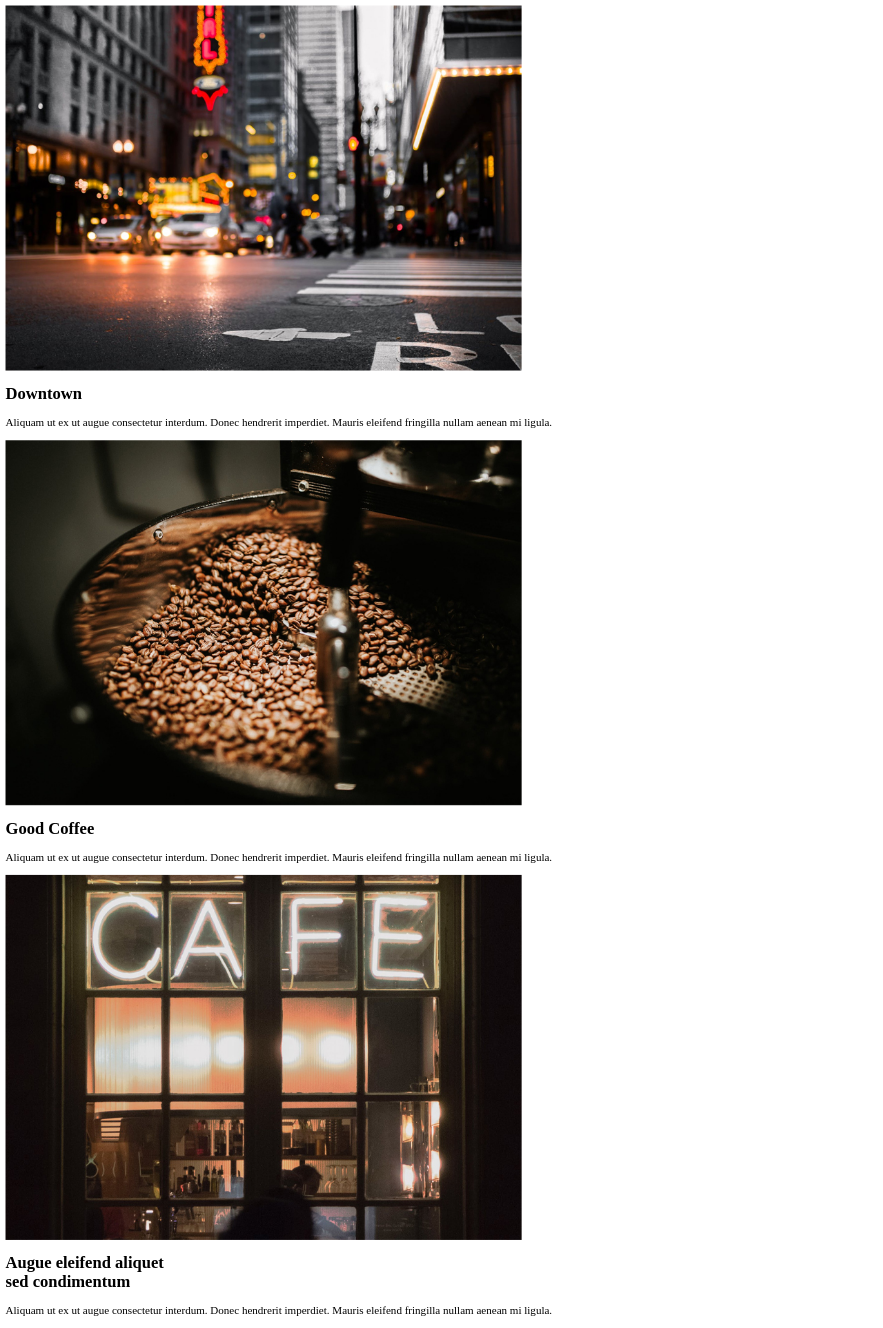
Repository: DOODpls/code_cafe
Page: _includes/gallery_description.html
The author's editor kept a copy of each file at every save. The page is drawn from the files as they stood at one save, then again after the next save.
The browser window is 1280 px wide. The pictures show the whole page, at 69% of full size.

Above is the page before, as saved 2019-12-06 00:07:29.

### _includes/gallery_description.html
<!-- Two -->
<section id="two" class="wrapper alt style2">
  <section class="spotlight">
    <div class="image"><img src="images/pic01.jpg" alt="" /></div><div class="content">
      <h2>Downtown</h2>
      <p>Aliquam ut ex ut augue consectetur interdum. Donec hendrerit imperdiet. Mauris eleifend fringilla nullam aenean mi ligula.</p>
    </div>
  </section>
  <section class="spotlight">
    <div class="image"><img src="images/pic02.jpg" alt="" /></div><div class="content">
      <h2>Good Coffee</h2>
      <p>Aliquam ut ex ut augue consectetur interdum. Donec hendrerit imperdiet. Mauris eleifend fringilla nullam aenean mi ligula.</p>
    </div>
  </section>
  <section class="spotlight">
    <div class="image"><img src="images/pic03.jpg" alt="" /></div><div class="content">
      <h2>Augue eleifend aliquet<br />
      sed condimentum</h2>
      <p>Aliquam ut ex ut augue consectetur interdum. Donec hendrerit imperdiet. Mauris eleifend fringilla nullam aenean mi ligula.</p>
    </div>
  </section>
</section>

After the next save:
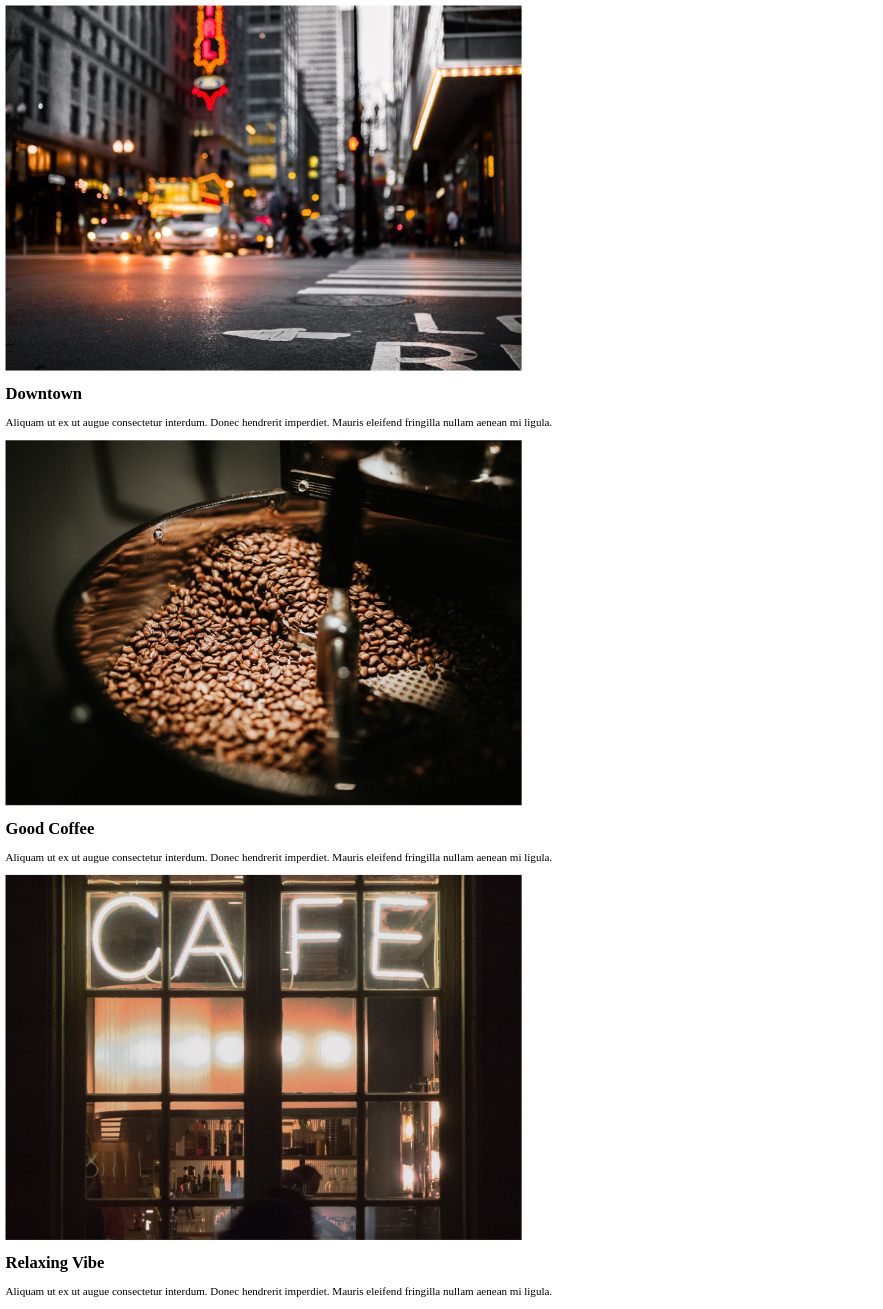
Saved 28 s later.
--- a/_includes/gallery_description.html
+++ b/_includes/gallery_description.html
@@ -14,8 +14,7 @@
   </section>
   <section class="spotlight">
     <div class="image"><img src="images/pic03.jpg" alt="" /></div><div class="content">
-      <h2>Augue eleifend aliquet<br />
-      sed condimentum</h2>
+      <h2>Relaxing Vibe</h2>
       <p>Aliquam ut ex ut augue consectetur interdum. Donec hendrerit imperdiet. Mauris eleifend fringilla nullam aenean mi ligula.</p>
     </div>
   </section>
